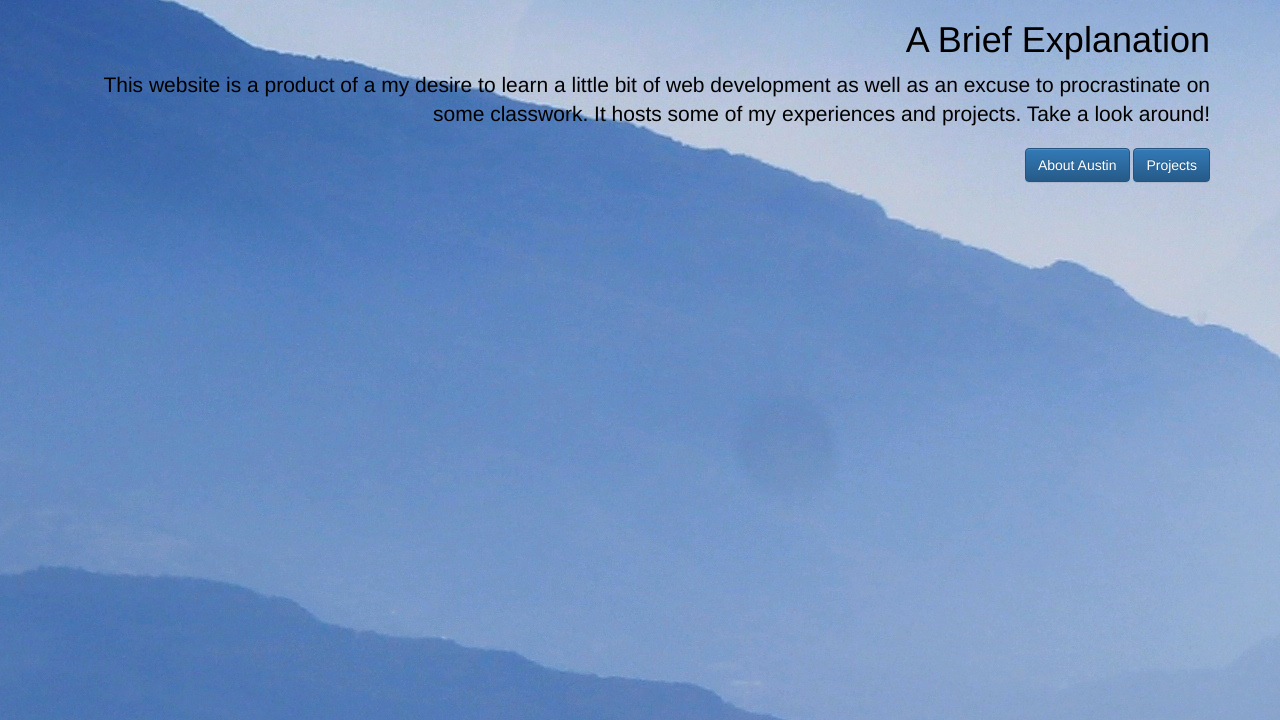
Repository: austinHerring/PersonalWebsite
Page: PersonalWebsite/WebContent/index.html
These files come from the project's save history. The page is drawn as it stood at one moment and after the next save; the edit follows.
The browser window is 1280 px wide. The pictures show the whole page.

Above is the page before, as saved 2016-06-12 22:09:21.

### PersonalWebsite/WebContent/index.html
<html>
	<head>
		<meta charset="utf-8"/>
		<title>Home - Austin</title>
		<link rel="stylesheet" href="css/bootstrap.min.css">
		<link rel="stylesheet" href="css/bootstrap-theme.min.css">
		<link rel="stylesheet" href="css/main.css">
	</head>
	<body>

		<div class="container" id="page-wrap">
			<div class="row">
				<div class="col-lg-12">
					<h1>A Brief Explanation</h1>
					<p class="lead">This website is a product of a my desire to learn a little bit of web development as well as an excuse to procrastinate on some classwork. It hosts some of my experiences and projects. Take a look around!</p>
				</div>
			</div>
			<div class="row">
				<div class="col-lg-12">
					<a class="btn btn-primary" href="about.html" role="button">About Austin</a>
					<a class="btn btn-primary" href="projects.html" role="button">Projects</a>
				</div>
			</div>
		</div>

		<div id="bg">
			<img src="images/background.jpg" alt="">
		</div>

		<script src="js/jquery.min.js"></script>
		<script src="js/bootstrap.min.js"></script>
	</body>
</html>

### PersonalWebsite/WebContent/css/main.css
body {
    width: 100%;
    height: 100%;
    text-align: right;
	vertical-align: right;
    font-family: Lora,"Helvetica Neue",Helvetica,Arial,sans-serif;
    color: #000;

    background-color:#000;
}

#bg {
	position:fixed;
	top:-50%;
	left:-50%;
	width:100%;
	height:80%;
}

#bg img {
	position:absolute;
	top:0;
	left:0;
	right:0;
	bottom:0;
	margin:auto;
	min-width:50%;
	min-height:50%;
}

#page-wrap { position: relative; z-index: 2}

Loaded but not shown: PersonalWebsite/WebContent/css/bootstrap.min.css (library); PersonalWebsite/WebContent/css/bootstrap-theme.min.css (library); PersonalWebsite/WebContent/js/jquery.min.js (library); PersonalWebsite/WebContent/js/bootstrap.min.js (library)

After the next save:
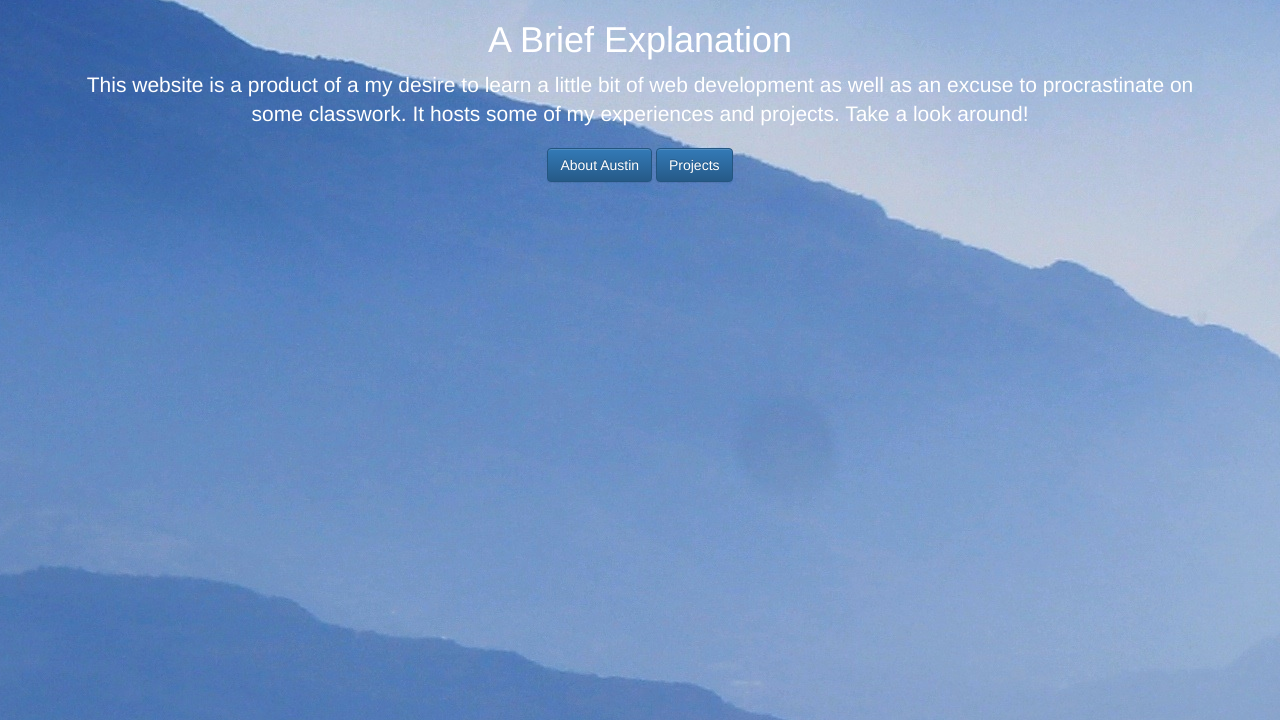
Saved 5 min 38 s later.
--- a/PersonalWebsite/WebContent/css/main.css
+++ b/PersonalWebsite/WebContent/css/main.css
@@ -1,11 +1,9 @@
 body {
     width: 100%;
     height: 100%;
-    text-align: right;
-	vertical-align: right;
+    text-align: center;
     font-family: Lora,"Helvetica Neue",Helvetica,Arial,sans-serif;
-    color: #000;
-
+    color: #fff;
     background-color:#000;
 }
 
